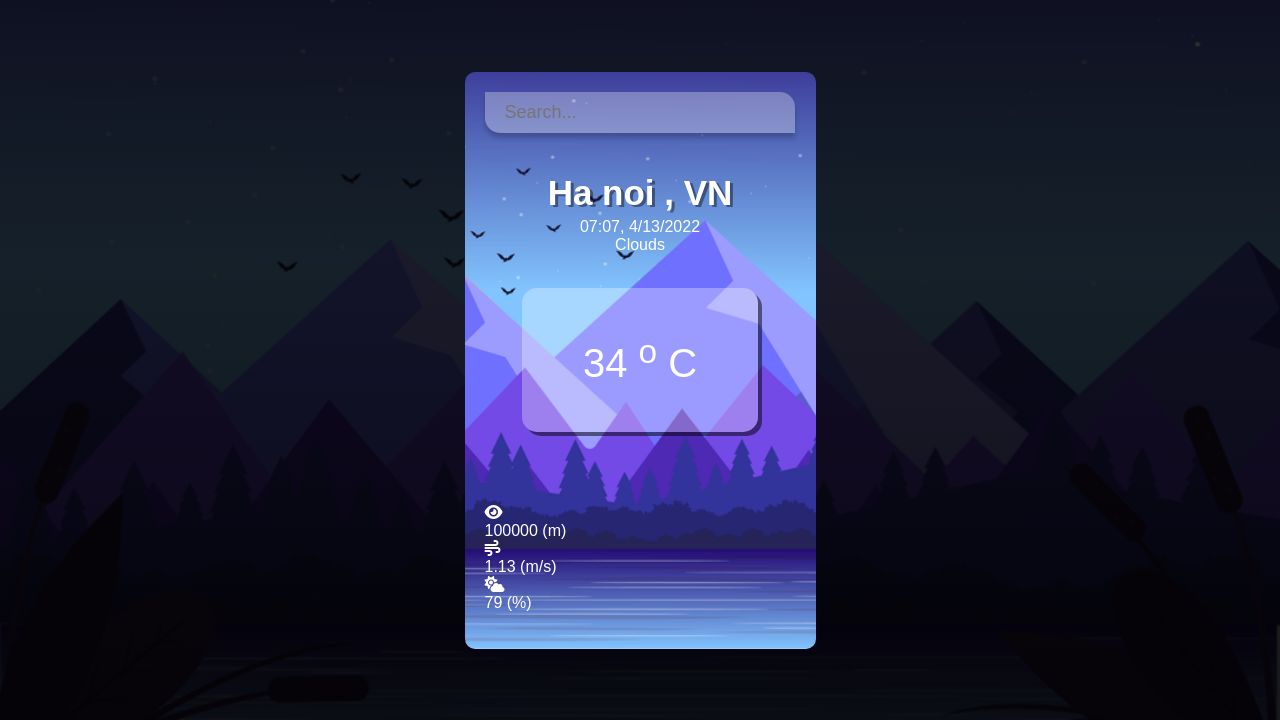
Repository: nganha241/weather-app
Page: index.html
An editor plug-in stored every save of this project. The page is shown before and after the next save, followed by the edit.
The browser window is 1280 px wide. The pictures show the whole page.
Some web libraries are served in a nearby version.

Above is the page before, as saved 2022-04-13 09:45:52.

### index.html
<!DOCTYPE html>
<html lang="en">
  <head>
    <meta charset="UTF-8" />
    <meta http-equiv="X-UA-Compatible" content="IE=edge" />
    <meta name="viewport" content="width=device-width, initial-scale=1.0" />
    <title>Document</title>
    <link rel="stylesheet" href="./style.css" />
  </head>
  <body>
    <div id="weather">
      <div class="header">
        <input type="text" placeholder="Search..." />
      </div>
      <div class="content">
        <div class="city">Ha noi , <span class="country">VN</span></div>
        <div class="time">07:07, <span class="date">4/13/2022</span></div>
        <div class="deg">
          <p>34 <sup>o</sup> C</p>
        </div>
        <div class="status">Clouds</div>
      </div>
      <div class="footer">
        <div class="detail">
          <div class="distance">
            <div><i class="fa-solid fa-eye"></i></div>
            <div>100000 <span>(m)</span></div>
          </div>
          <div class="speed">
            <div><i class="fa-solid fa-wind"></i></div>
            <div>1.13 <span>(m/s)</span></div>
          </div>
          <div class="humidity">
            <div><i class="fa-solid fa-cloud-sun"></i></div>
            <div>79 <span>(%)</span></div>
          </div>
        </div>
      </div>
    </div>
    <script
      src="https://kit.fontawesome.com/ae971d7ee0.js"
      crossorigin="anonymous"
    ></script>
    <script src="./main.js"></script>
  </body>
</html>

### style.css
* {
    padding: 0;
    margin: 0;
    box-sizing: border-box;
}

body {
    font-family: sans-serif;
    height: 100vh;
    display: flex;
    justify-content: center;
    align-items: center;
    background: linear-gradient(to top, rgba(0, 0, 0, 0.9), rgba(0, 0, 0, 0.8)), url(./img1.png) no-repeat center/cover;
    color: #fff;
}

#weather {
    padding: 20px;
    width: 351px;
    height: 577px;
    border: none;
    border-radius: 10px;
    background: url(./img1.png) no-repeat center/cover;
    position: relative;
}

.header input{
    width: 310px;
    height: 41px;
    border-radius: 0px 15px 0px 15px;
    border: none;
    background: rgba(255, 255, 255, 0.3);
    box-shadow: 0px 5px 5px rgba(0, 0, 0, 0.2);
    outline: none;
    font-size: 18px;
    padding: 0 20px;
    transition: 0.4s;
}

.header input:focus {
    border-radius: 15px 0px 15px 0px;
    background: rgba(255, 255, 255, 0.7);
}

.content {
    margin-top: 40px;
    text-align: center;
}

.city {
    font-size: 35px;
    font-weight: 600;
    text-shadow: 3px 2px rgba(0, 0, 0, 0.4);
}

.time {
    margin-top: 5px;
}

.deg {
    width: 236px;
    height: 144px;
    border-radius: 15px;
    background: rgba(255, 255, 255, 0.3);
    box-shadow: 4px 4px rgba(0, 0, 0, 0.5);
    position: fixed;
    top: 50%;
    left: 50%;
    transform: translate(-50%, -50%);
    display: flex;
    justify-content: center;
    align-items: center;
}

.deg p {
    font-size: 40px;
}

.footer {
    margin-top: 250px;
}

Loaded but not shown: main.js (no copy from this time; the picture is the same without it)

After the next save:
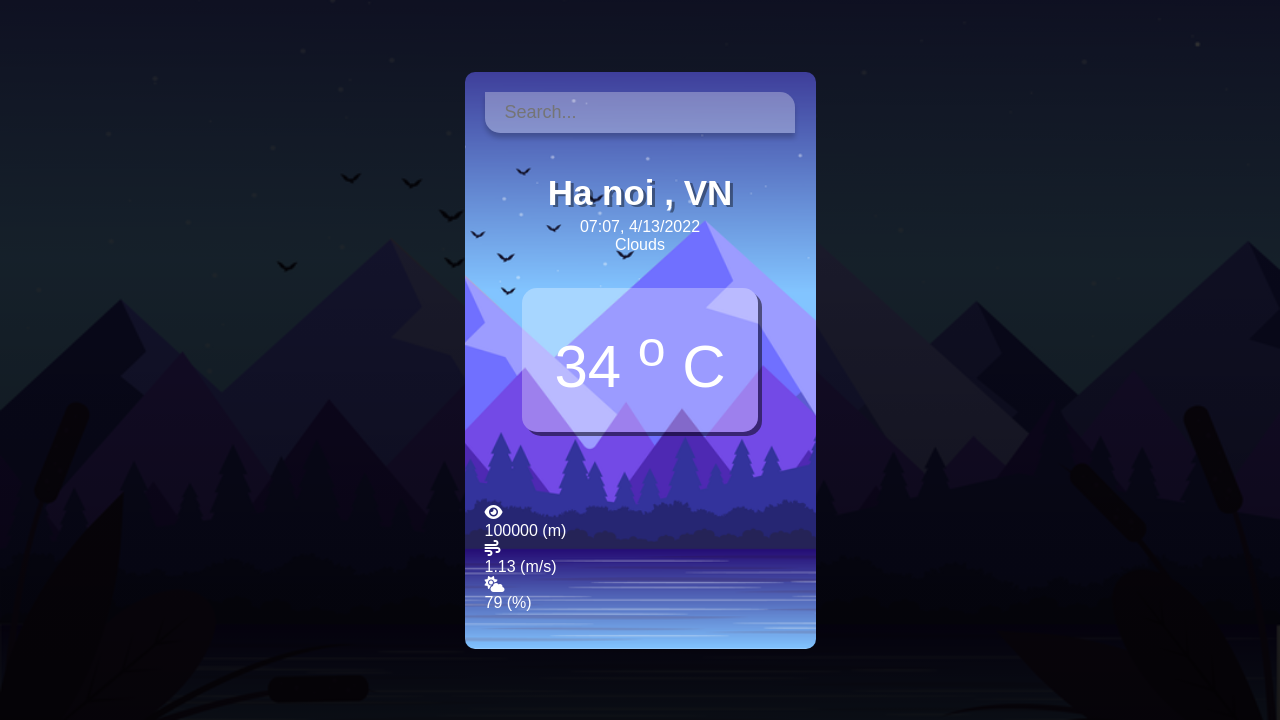
Saved 6 s later.
--- a/style.css
+++ b/style.css
@@ -73,7 +73,7 @@ body {
 }
 
 .deg p {
-    font-size: 40px;
+    font-size: 60px;
 }
 
 .footer {
